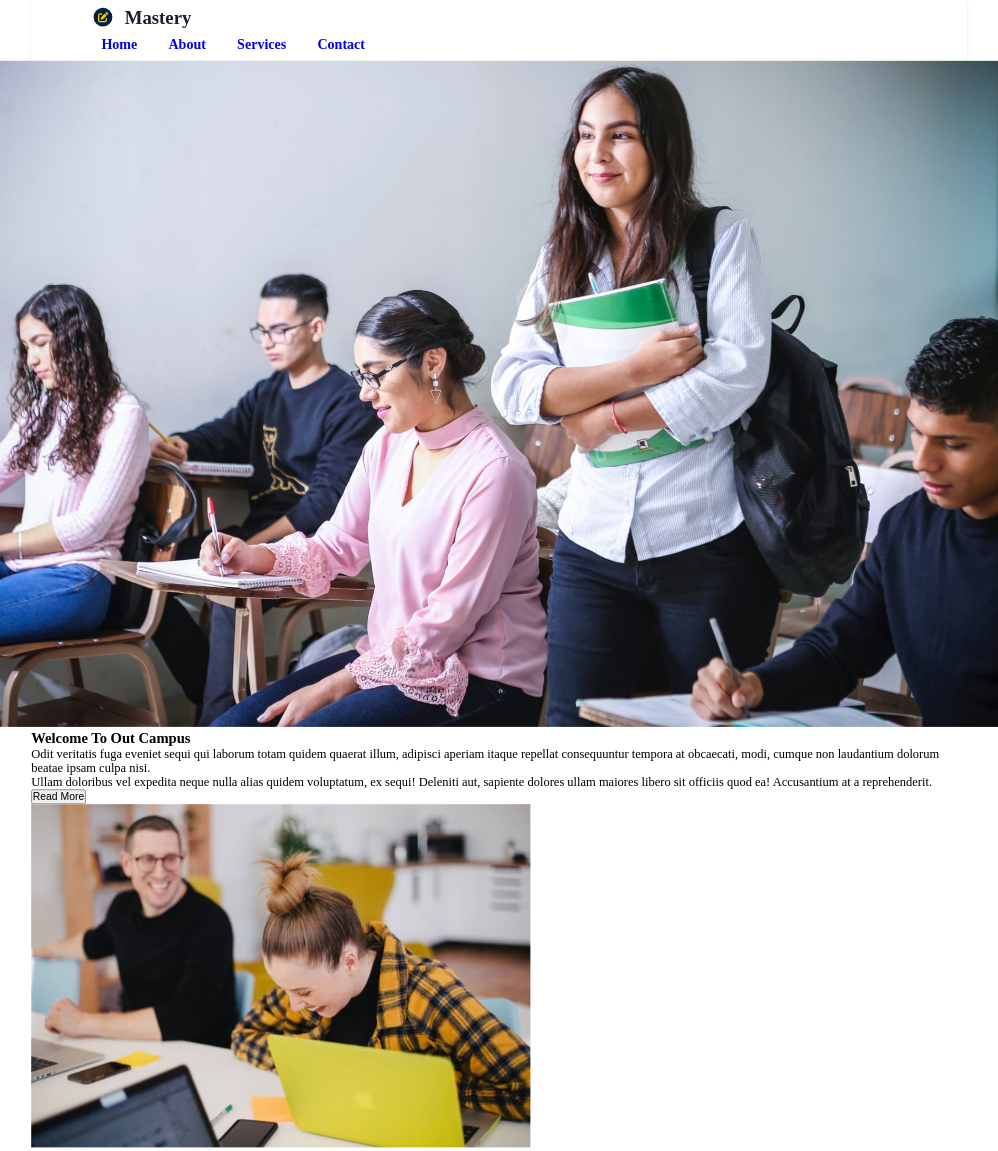
Repository: trminhphuc1504/Mastery
Page: index.html
These files come from the project's save history. The page is drawn as it stood at one moment and after the next save; the edit follows.
The browser window is 1280 px wide. The pictures show the whole page, at 78% of full size.
Some web libraries are served in a nearby version.

Above is the page before, as saved 2024-08-22 12:20:18.

After the next save:
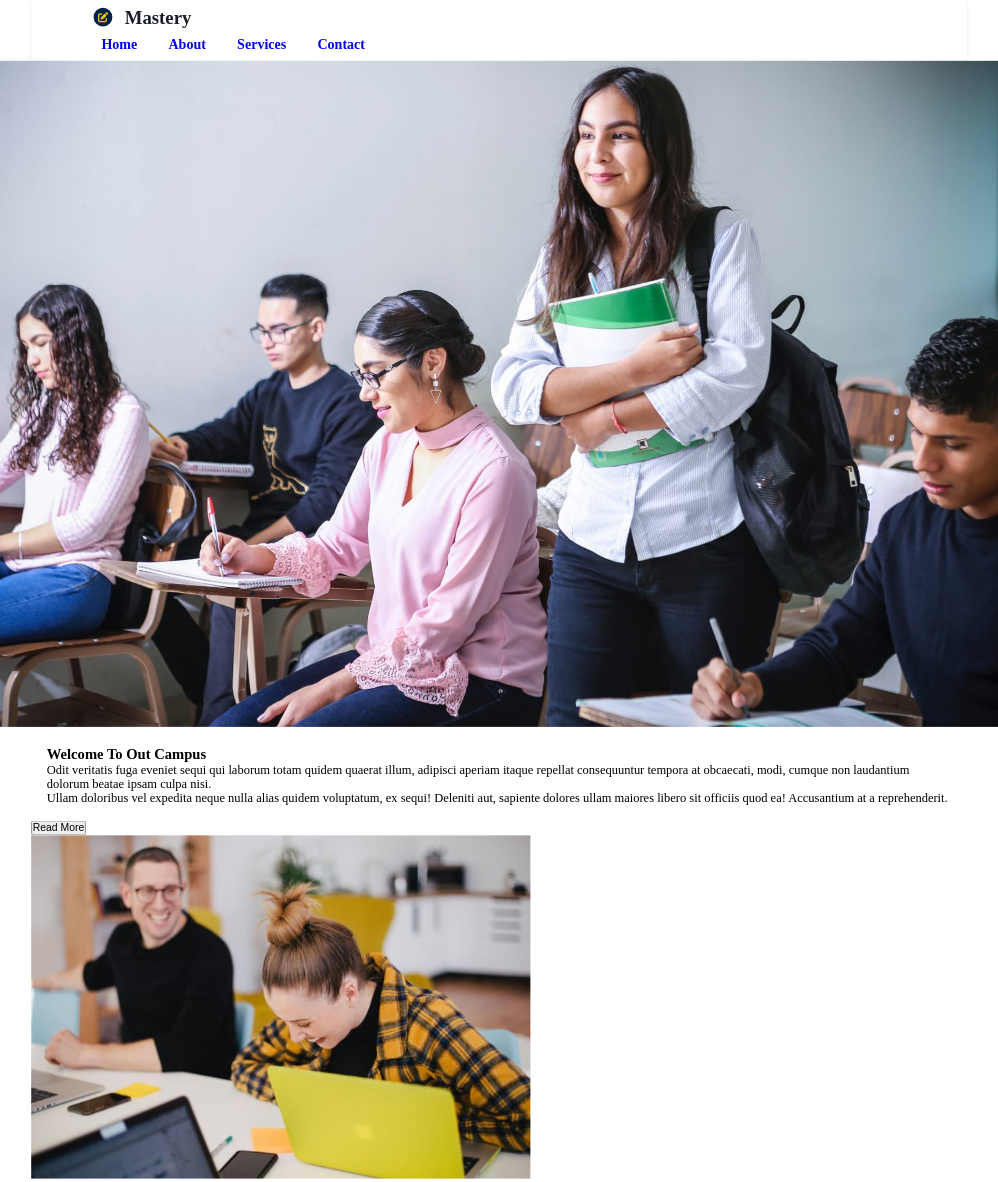
Saved 48 s later.
--- a/css/style.css
+++ b/css/style.css
@@ -80,3 +80,8 @@ header{
 .poster-img img{
     width:100%;
 }
+
+
+.banner-about{
+    padding:20px;
+}
